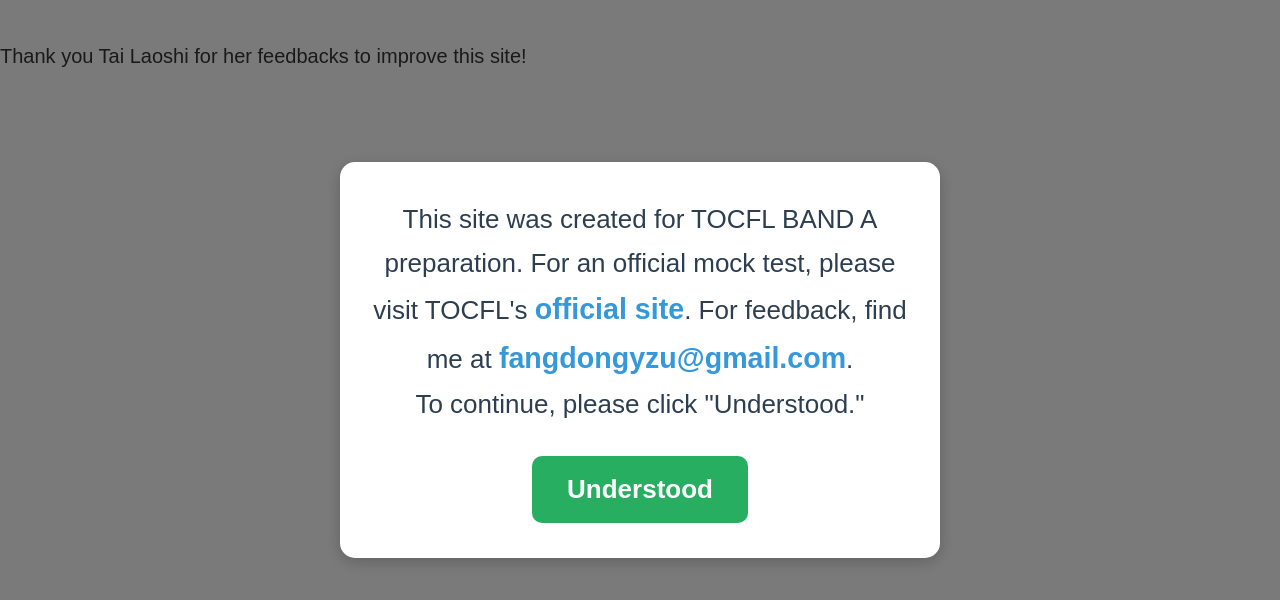
Repository: fangdongyzu/tocflmock
Page: index.html
The author's editor kept a copy of each file at every save. The page is drawn from the files as they stood at one save, then again after the next save.
The browser window is 1280 px wide. The pictures show the whole page.

Above is the page before, as saved 2025-12-23 16:51:16.

After the next save:
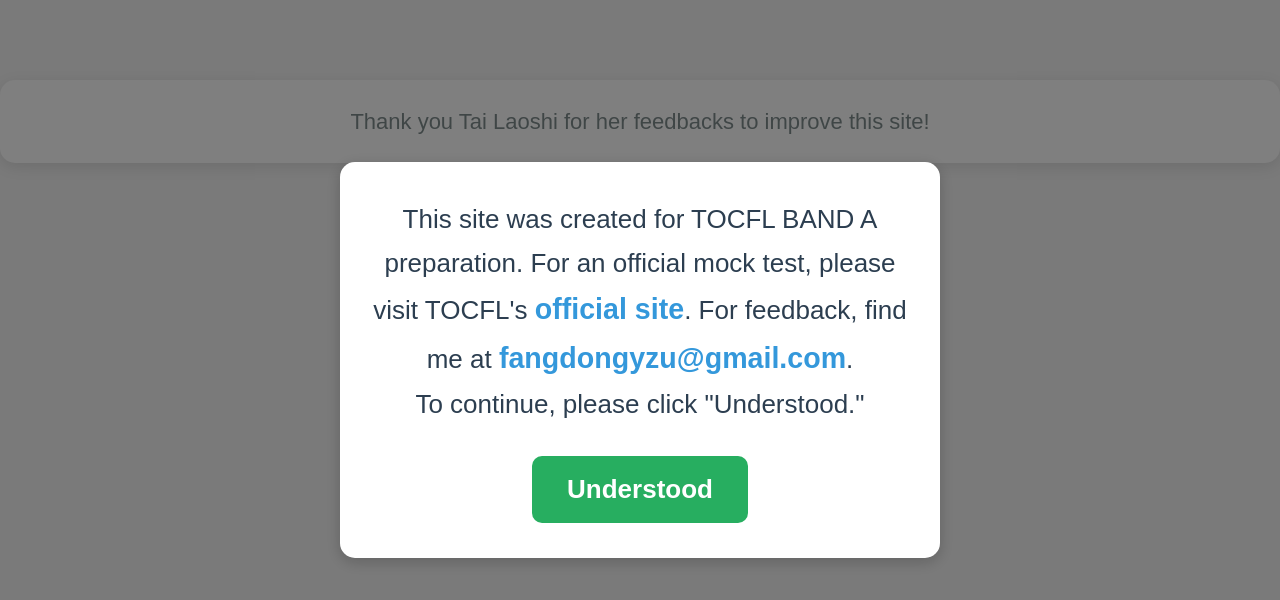
Saved 102 s later.
--- a/styles.css
+++ b/styles.css
@@ -461,3 +461,21 @@
     -webkit-text-size-adjust: 100%;
     text-size-adjust: 100%;
 }
+
+/* Footer Styling */
+footer {
+    text-align: center;
+    margin-top: 40px;      /* Creates space between content and footer */
+    margin-bottom: 20px;
+    padding: 25px 20px;
+    background: white;
+    border-radius: 15px;
+    box-shadow: 0 4px 15px rgba(0,0,0,0.1);
+}
+
+footer p {
+    color: #7f8c8d;        /* Matches your header subtitle color */
+    font-size: 1.1em;      /* Slightly smaller than main text for hierarchy */
+    font-weight: 500;
+    line-height: 1.5;
+}
